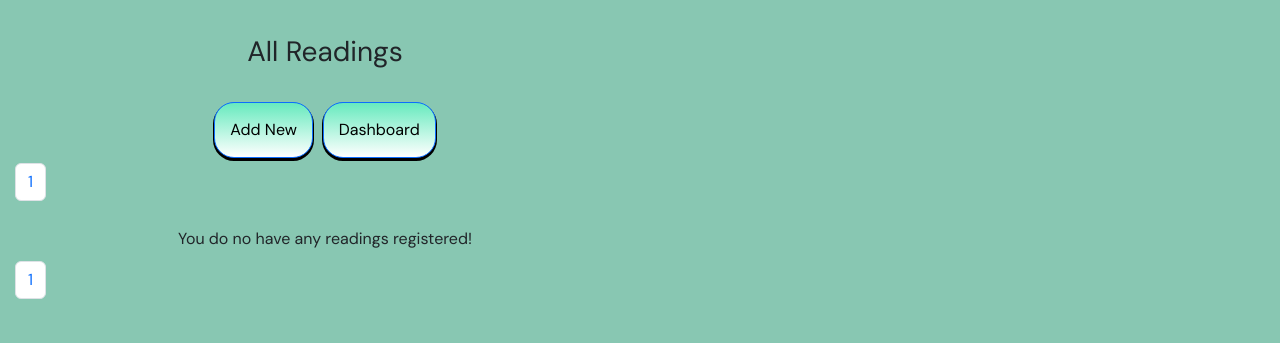
Repository: aiodell/my-glucose-checkup
Page: /bgls/all (app in client/)
These files come from the project's save history. The page is drawn as it stood at one moment and after the next save; the edit follows.
The browser window is 1280 px wide. The pictures show the whole page.
The page's requests for data from a server got no answer. The project was rebuilt for these pictures with package versions that can differ from the ones it lists, and the page was loaded fresh each time. No one was signed in, and anything a server would have sent is missing. Also part of the build but not shown: client/src/components/Login.js, client/src/components/Signup.js, client/src/components/Dashboard.js, client/src/components/NewReading.js, client/src/components/Home.js, client/src/components/BglUpdateForm.js, client/src/components/BglEventDetails.js, client/src/components/NewBglEvent.js and 8 more.

Above is the page before, as saved 2022-10-06 06:46:28.

### client/src/index.js
import React from 'react';
import ReactDOM from 'react-dom/client';
import {BrowserRouter as Router} from "react-router-dom";
import 'bootstrap/dist/css/bootstrap.min.css';
import App from './App';

const root = ReactDOM.createRoot(document.getElementById('root'));
root.render(
  <React.StrictMode>
  <Router>
    <App />
  </Router>
  </React.StrictMode>
);

### client/src/App.js
import { useState, useEffect } from "react"
import { Switch, Route, useHistory } from "react-router-dom"
import NavBar from "./components/NavBar"
import Login from "./components/Login"
import Signup from "./components/Signup"
import Dashboard from "./components/Dashboard"
import AllReadings from "./components/AllReadings"
import NewReading from "./components/NewReading"
import Home from "./components/Home"
import BglEventDetails from "./components/BglEventDetails"
import NewBglEvent from "./components/NewBglEvent"
import Events from "./components/Events"
import UserProfile from "./components/UserProfile"
import CreateProfile from "./components/CreateProfile"
import AllUsers from "./components/AllUsers"
import './styles.css'

const App = () => {
  const [currentUser, setCurrentUser] = useState("")
  const [readings, setReadings] = useState([])
  const [events, setEvents] = useState([])
  const [users, setUsers] = useState([])
  const [following, setFollowing] = useState([])
  const history = useHistory()

  useEffect( () => {
    fetch(`/auto-login`)
    .then((r) => {
      if (r.ok) {
        r.json().then((user) => setCurrentUser(user))
      }else{
        history.push("/login")
      }
    })
  }, [ ])

	useEffect(() => {
		fetch("/events")
		.then((r) => r.json())
		.then(setEvents)
	}, [])

  useEffect(() => {
		fetch("/bgls")
		.then((r) => r.json())
		.then(setReadings)
	}, [])

  useEffect(() => {
    fetch("/users")
    .then((r) => r.json())
    .then(setUsers)
  }, [])

  useEffect(() => {
    fetch("/relationships")
    .then((r) => r.json())
    .then(setFollowing)
  }, [])

  const updateUser = (user) => setCurrentUser(user)

  const addNewReading = (newReading) => {setReadings(readings => [...readings, newReading])}

  const deleteReading = (deletedReading) => {
    setReadings((readings) => readings.filter((reading) => reading.id !== deletedReading))
  }

  const deleteEvent = (deletedEvent) => {
    setEvents((events) => events.filter((event) => event.id !== deletedEvent))
  }

  const updateBgl = (updatedBgl) => {
    setReadings((readings) => readings.map(bgl => bgl.id === updatedBgl.id ? updatedBgl : bgl))
  }

  // add follower to list
  const addNewFollow = (newFollow) => {
    setFollowing(following => [...following, newFollow])
    const copyOfCurrentUser = {...currentUser}
    copyOfCurrentUser.followees.push(newFollow)
    setCurrentUser(copyOfCurrentUser)
  }

  // delete follower from the list
  const deleteFollow = (deletedFollow) => {
    setFollowing((following) => following.filter((following) => following.id !== deletedFollow))
  }

  const removeCurrentFollowing = (deletedFollowee) => {
    const copyOfCurrentUser = {...currentUser}
    copyOfCurrentUser.followees = copyOfCurrentUser.followees.filter(followee => followee.followee_id !== deletedFollowee.followee_id)
    setCurrentUser(copyOfCurrentUser)
  }

   return (
   <div>
    <NavBar
      currentUser = {currentUser}
      updateUser = {updateUser}
    />
    <Switch>
      <Route exact path = "/login">
        <Login updateUser = {updateUser}/>
      </Route>
      <Route exact path = "/signup">
        <Signup />
      </Route>
      <Route exact path = "/dashboard">
        <Dashboard
        currentUser = {currentUser}
        readings = {readings}
        setReadings = {setReadings}
        following = {following}  // will be used to display the highs and lows of a user being followed
        users = {users}
        />
      </Route>
      <Route exact path= "/bgls/all">
        <AllReadings
        readings = {readings}
        setReadings = {setReadings}
        />
      </Route>
      <Route exact path= "/bgls/new">
        <NewReading addNewReading= {addNewReading} />
      </Route>
      <Route exact path= "/bgls/:id/">
        <BglEventDetails
          updateBgl = {updateBgl}
          deleteReading= {deleteReading}
          readings = {readings}
        />
      </Route>
      <Route exact path="/bgls/:id/bgl_events/new">
        <NewBglEvent events= {events}/>
      </Route>
      <Route exact path="/events">
        <Events
          deleteEvent = {deleteEvent}
          events = {events}
          setEvents = {setEvents}
        />
      </Route>
      <Route exact path= "/me">
        <UserProfile
        currentUser = {currentUser}
        users = {users}
        />
      </Route>
      <Route exact path = "/create-profile">
        <CreateProfile />
      </Route>
      <Route exact path= "/users">
        <AllUsers
        currentUser = {currentUser}
        users = {users}
        addNewFollow = {addNewFollow}
        deleteFollow = {deleteFollow}
        removeCurrentFollowing ={removeCurrentFollowing}
        />
      </Route>
      <Route exact path="/">
        <Home
        currentUser = {currentUser}
        setCurrentUser = {setCurrentUser}/>
      </Route>
    </Switch>
   </div>
  )
}

export default App;

### client/src/components/NavBar.js
import { useHistory, NavLink } from 'react-router-dom'
import Container from "react-bootstrap/Container"
import Nav from 'react-bootstrap/Nav';
import Navbar from 'react-bootstrap/Navbar';
import '../styles.css';

const NavBar = ({updateUser, currentUser}) => {
	const history = useHistory()

	// log out only available when logged in
	const handleLogout = (e) => {
		fetch(`/logout`, {
			method: 'DELETE'
		})
		.then(() => {
			updateUser("")
			history.push('/')
		})
	}

	return(
		<>
		{currentUser ?
			<Navbar bg="dark" variant="dark" expand="lg">
			<Container className="nav-bar">
				<Navbar.Brand>My Glucose Checkup</Navbar.Brand>
				<Navbar.Toggle aria-controls="basic-navbar-nav" />
				<Navbar.Collapse id="basic-navbar-nav"></Navbar.Collapse>
					<Nav className="me-auto">
						<NavLink className="nav-link" to="/dashboard">
							<Nav.Item>Dashboard</Nav.Item>
						</NavLink>
						<NavLink className="nav-link" to="/bgls/all">
							<Nav.Item>My BGLs</Nav.Item>
						</NavLink>
						<NavLink className="nav-link" to="/bgls/new">
							<Nav.Item>New Reading</Nav.Item>
						</NavLink>
						<NavLink className="nav-link" to="/me">
							<Nav.Item>My Account</Nav.Item>
						</NavLink>
						<NavLink className="nav-link" to="/users">
							<Nav.Item>All Users</Nav.Item>
						</NavLink>
						<Nav.Link onClick={handleLogout}>Logout</Nav.Link>
					</Nav>
			</Container>
		</Navbar> : null }
		</>
	)
}

export default NavBar

### client/src/components/AllReadings.js
import { useState, useEffect } from "react"
import Pagination from "react-bootstrap/Pagination"
import { useHistory, Link, NavLink } from "react-router-dom"
import Card from 'react-bootstrap/Card';
import Container from "react-bootstrap/Container"
import Button from "react-bootstrap/Button"

const AllReadings = ({readings, setReadings }) => {
	const [errors, setErrors] = useState([])
	const [ currentRange, setCurrentRange ] = useState([0, 10]);
	const history = useHistory()

	useEffect(() => {
		fetch("/bgls")
		.then(r => {
			if(r.ok){
				r.json().then(readings => setReadings(readings))
			}else{
				r.json().then(data => {
					setErrors(data.errors)
					history.push("/login")
				})
			}
		})
	}, [])

	const handleDelete = (id) => {
		fetch(`/bgls/${id}`, {
			method: "DELETE",
		})
		.then(() =>{
			setReadings((readings) => readings.filter((reading) => reading.id !== id))
		})
	}

		// render the current Bgls
	const renderReadings = readings.map((bgl) => {
		return(
			<Card className="bgl-card" key= {bgl.id}>
				<Card.Body as={Link} to= {`/bgls/${bgl.id}`}>
					<Card.Title className="card-title">
						{bgl.value} mg/dl
					</Card.Title>
					<Card.Text>
						{bgl.created_at}
					</Card.Text>
				</Card.Body>
				<Button className="delete-btn" onClick={() => handleDelete(bgl.id)}>
					Delete
				</Button>
			</Card>
		)
	})


	// pagination of the Bgls
  	const handlePageClick = (e) => {
    const pageNum = e.target.innerText;

    if(pageNum === '1') {
      setCurrentRange([ 0, 20 ]);
    } else {
      const start = pageNum * 20 - 19;
      const end = pageNum * 20;
      setCurrentRange([ start, end ]);
    }
  }

	const bglPages = () => {
    let pages = [];
    let numOfPages = renderReadings.length / 20 + 1;

    for( let pageNum = 1; pageNum <= numOfPages; pageNum++ ) {
      pages.push(
        <Pagination.Item
          key={ pageNum }
          onClick={ handlePageClick }
          active={ currentRange[1] / 20 === pageNum }
          disabled={ currentRange[1] / 20 === pageNum }
        >
          { pageNum }
        </Pagination.Item>
      )
    }
    return pages;
  }
  	// end of pagination of Bgls

	const bglPage = renderReadings.slice(...currentRange)

	return(
		<>
		{errors ? errors.map(e => <section>{e}</section>):null}
			<Container className="all-bgl-container-style">
				<h3 className="title">All Readings</h3>
				<NavLink to="/bgls/new">
					<Button className="btns">Add New</Button>
				</NavLink>
				<NavLink to="/dashboard">
					<Button className="btns">Dashboard</Button>
				</NavLink>
				<Pagination>{ bglPages() }</Pagination>
				<Container className="container-style">
					{bglPage.length > 0 ? bglPage : "You do no have any readings registered!"}
				</Container>
				<Pagination>{ bglPages() }</Pagination>
			</Container>
		</>
	)
}

export default AllReadings

### client/src/styles.css
@import url('https://fonts.googleapis.com/css2?family=DM+Sans&display=swap');
@import url('https://fonts.googleapis.com/css2?family=Carter+One&family=DM+Sans&display=swap');

body {
  font-family: 'DM Sans', sans-serif;
  background-color:#88c7b2;
  margin: 0px;
}

/*Universal */
.btns {
  background-image: linear-gradient(#67eabe, #ffffff);
  color: rgb(0, 0, 0);
  padding: 15px;
  margin: 5px;
  text-align: center;
  border-radius: 20px;
  box-shadow: 0px 2px 0px 1px black;
  text-decoration: none;
}

.container-style{
  text-align: center;
  padding: 10px;
  position: relative;
}

.navbar-brand{
  font-family: 'Carter One', cursive;
  font-size: 2rem;
  text-align:left
}

/*Home Page */
.Home {
  text-align: center;
}

.home-background {
  background-color: #88c7b2;
  min-height: 100vh;
  display: flex;
  flex-direction: column;
  align-items: center;
  justify-content: center;
  font-size: calc(10px + 2vmin);
  color: white;
}

.welcome {
  font-family: 'Carter One', cursive;
  text-shadow: 2px 2px black;
  text-align: center;
}

.home-btn-div {
  align-content: center;
}

/*Forms */
.form-style{
  margin-top: 100px;
  border-radius: 20px;
  box-shadow: 0px 2px 0px 1px black;
  background-image: linear-gradient(#67eabe, #ffffff);
  color: rgb(0, 0, 0);
}
.title{
  padding: 20px;
  position: relative;
}

/*Dashbord */
.dash-container{
  margin-top: 100px;
  padding: 20px;
  background-image: linear-gradient(#67eabe, #ffffff);
  border-radius: 25px;
  position: relative;
}

.current-bgl{
  border-radius: 50%;
  height: 150px;
  width: 150px;
  vertical-align: middle;
  left: 44%;
  position: relative;
  box-shadow: 2px 2px 2px 2px black;
  background-image: linear-gradient(#67eabe, #ffffff);
}

.current-txt{
  text-align: center;
  font-size: 4rem;
  padding-top: 40px;
  padding-left: 5px;
  position: relative;
}

.low-high-avg{
  padding: 20px;
  position: relative;
}

.dash-title{
  font-family: 'Carter One', cursive;
  text-shadow: 2px 2px 2px black;
  color: white
}

/*Events */

.list{
  list-style: none;
  padding: 5px;
  font-size: 150%;
}

.event-container-style{
  text-align: center;
  padding: 10px;
  position: relative;
  margin: 5px;
}

.delete-btn{
  background-image: linear-gradient(#67eabe, #ffffff);
  color: rgb(0, 0, 0);
  padding: 5px;
  margin: 5px;
  text-align: center;
  box-shadow: 0px 2px 0px 1px black;
  text-decoration: none;
}
.event-card{
  vertical-align: middle;
  left: 39%;
  position: relative;
}

/*All bgls*/
.all-bgl-container-style{
  text-align: center;
  position: relative;
  padding: 10px;
  margin: 5px;
  max-width: 50%;
}

.bgl-card{
  margin: 10px;
  text-decoration: none;
  color: black;
  box-shadow: 0px 2px 0px 2px black;
}

.card-title{
  font-size: 150%;
}

.search {
  width: 50%;
  text-align: center;

  position: relative;
  display: block;
  margin: auto;
  padding: 2rem;
}

.searchTerm {
  text-align: center;
  width: 100%;
  border: 3px solid #004e59;
  padding: 5px;
  height: 3rem;
  border-radius: 5px;
  outline: none;
  font-size: 1.5rem;
}

/* Profile Completion Form */
.form-title{
  text-align: center;
  margin-top: 15px;
}

.profile-completion{
  text-align: center;
  padding: 15px;
  margin: 10px;
  box-shadow: 1px 2px 0px 1px black;
  background-image: linear-gradient(#eaeaea, #ffffff);
  color: rgb(0, 0, 0);
}

.profile-label{
  margin-bottom: 5px;
  margin-top: 10px;
}

.form-check{
  margin-top: 5px
}

/*profile container*/
.profile-container{
  align-content: center;
  margin-top: 20px;
  text-align: center;
  display: relative;
  position:relative;
  max-width: 50%;
}

Loaded but not shown: client/public/index.html (common file)

After the next save:
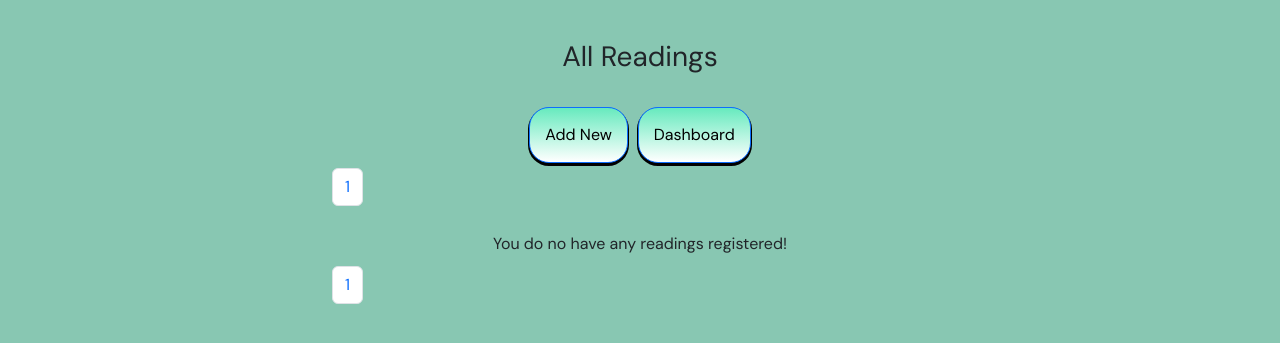
Saved 12 s later.
--- a/client/src/styles.css
+++ b/client/src/styles.css
@@ -141,10 +141,11 @@ body {
 
 /*All bgls*/
 .all-bgl-container-style{
-  text-align: center;
-  position: relative;
-  padding: 10px;
-  margin: 5px;
+  align-content: center;
+  margin-top: 20px;
+  text-align: center;
+  display: relative;
+  position:relative;
   max-width: 50%;
 }
 
